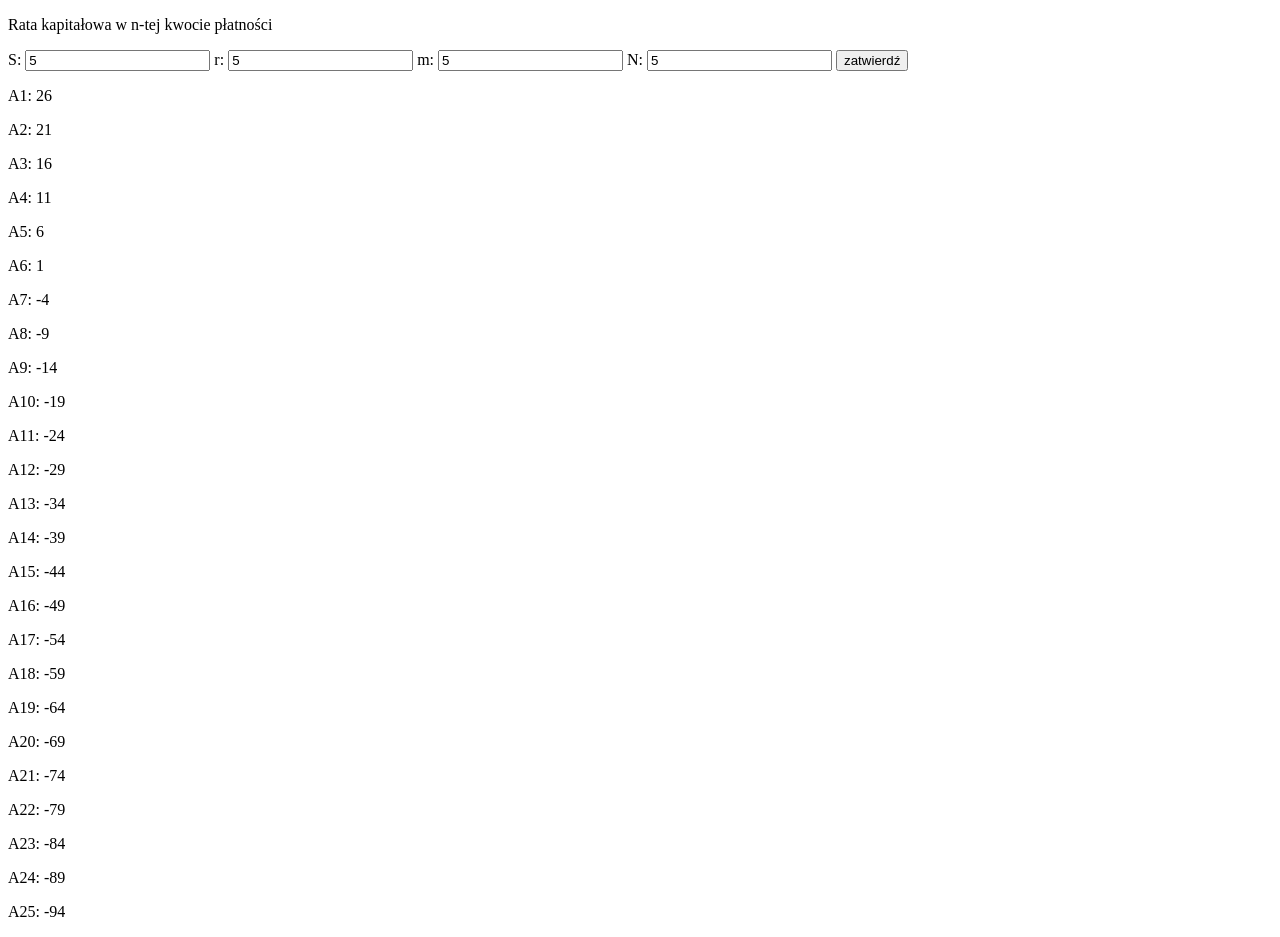
Repository: ravkita/MFCalc
Page: index.html
These files come from the project's save history. The page is drawn as it stood at one moment and after the next save; the edit follows.
The browser window is 1280 px wide. The pictures show the whole page.
Empty fields were first filled with sample values (such as "Sample", 5 or name@example.com).
After loading, the first visible `#confirm` was clicked once.

Above is the page before, as saved 2021-04-12 17:28:00.

### index.html
<!DOCTYPE html>
<html lang="en">
<head>
    <meta charset="UTF-8">
    <meta http-equiv="X-UA-Compatible" content="IE=edge">
    <meta name="viewport" content="width=device-width, initial-scale=1.0">
    <title>Kalkulator</title>
</head>
<body>
    <p class="title">Rata kapitałowa w n-tej kwocie płatności </p>
    <form action="" id="rata">
        <label for="S">S:</label> <input type="number" name="S" class="s">
        <label for="r">r:</label> <input type="number" name="r" class="r">
        <label for="m">m:</label> <input type="number" name="m" class="m">
        <label for="N">N:</label> <input type="number" name="N" class="N">
        <input type="button" name="confirm" id="confirm" value="zatwierdź">
    </form>
    <div class="result">

    </div>
    <script type="text/javascript">
        let s;
        let r;
        let m;
        let N;
        let q;
        function rataZmienna(){
            let tn = [];
                for(let i = 1; i<=N; i++){
                    const el = document.createElement("p");
                    tn[i-1] = s*((Math.pow(q, i) - Math.pow(q, i-1))/(Math.pow(q, m*N) - 1));
                    el.innerText = `T${i}: ${tn[i-1]}`;
                    document.querySelector('.result').appendChild(el);
                }
        }
        function kwotaPlatnosciStala(){
            const el = document.createElement("p");
            let a = s*Math.pow(q, m*N)*((q-1)/(Math.pow(q, m*N)-1));
            el.innerText = `A: ${a}`;
            document.querySelector('.result').appendChild(el);
        }
        function kwotaPlatnosciZmienna(){
            for(let i = 1; i<=N*m; i++){
                const el = document.createElement("p");
                let an = (s/N)*[1+(N-i+1)*r];
                el.innerText = `A${i}: ${an}`;
                document.querySelector('.result').appendChild(el);
            }
        }
        function getData(){
            document.getElementById('confirm').addEventListener('click', (e) =>{
                s = document.querySelector('.s').value;
                r = document.querySelector('.r').value;
                m = document.querySelector('.m').value;
                N = document.querySelector('.N').value;
                q = 1+(r/m);
                // rataZmienna();
                // kwotaPlatnosciStala();
                kwotaPlatnosciZmienna();
            });
        }
        getData();
    </script>
</body>
</html>

After the next save:
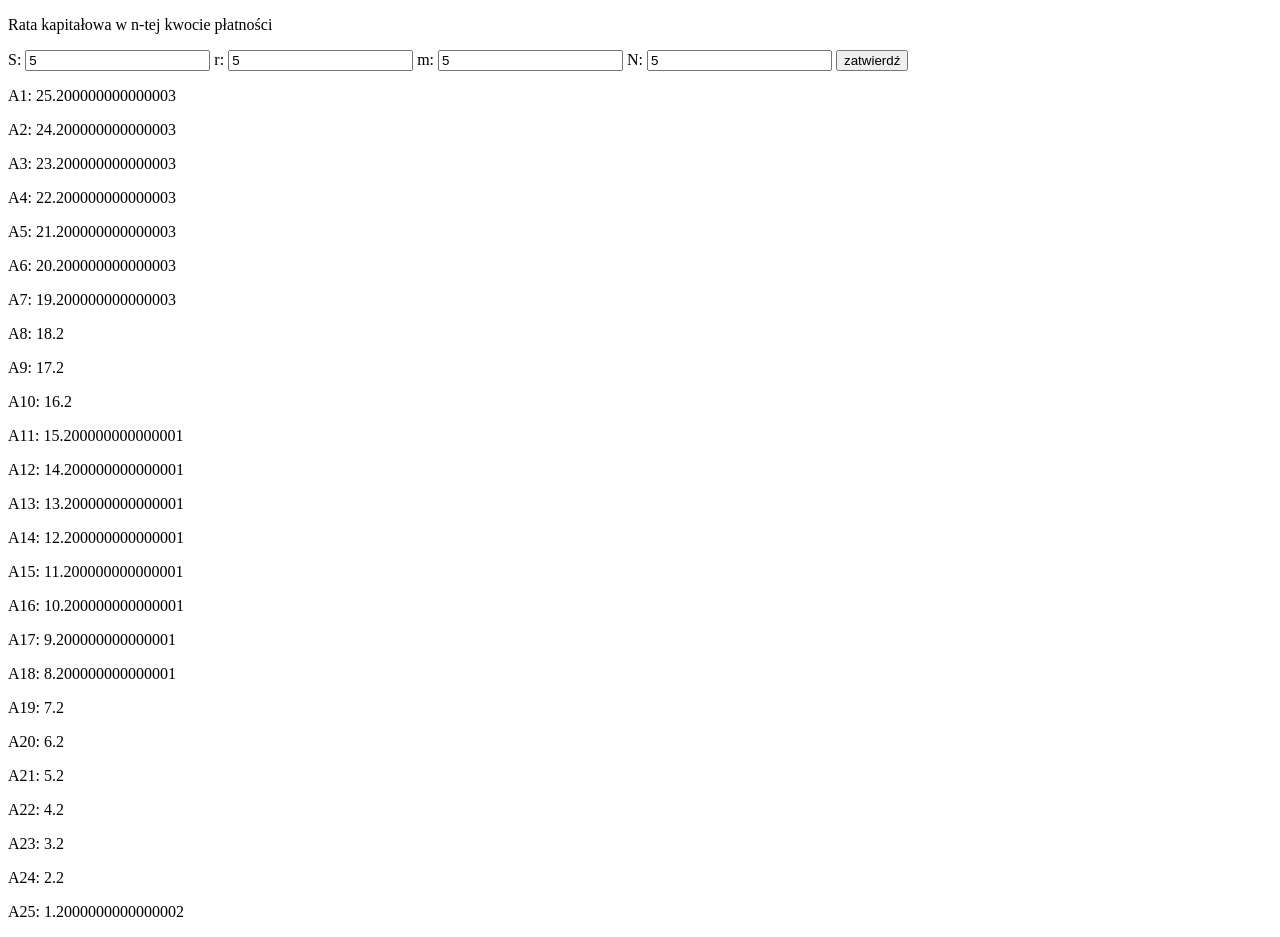
Saved 75 s later.
--- a/index.html
+++ b/index.html
@@ -42,7 +42,7 @@
         function kwotaPlatnosciZmienna(){
             for(let i = 1; i<=N*m; i++){
                 const el = document.createElement("p");
-                let an = (s/N)*[1+(N-i+1)*r];
+                let an = (s/(N*m))*[1+((N*m)-i+1)*r];
                 el.innerText = `A${i}: ${an}`;
                 document.querySelector('.result').appendChild(el);
             }
